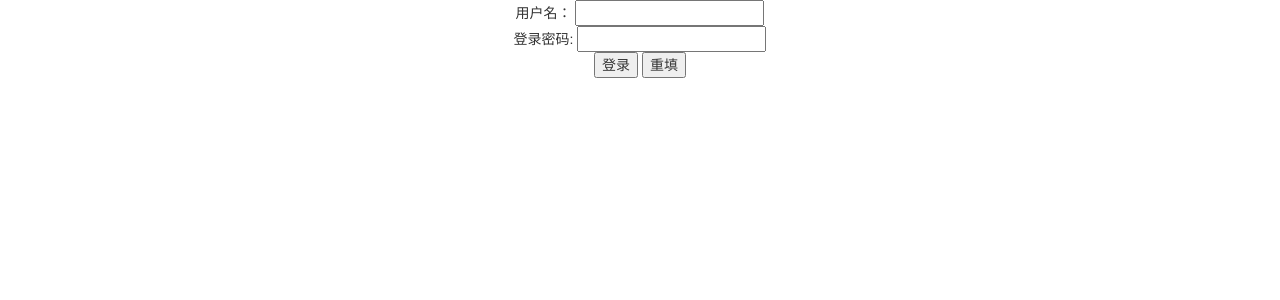
Repository: suxiaohutot/PHP
Page: http://localhost/dengluhtml.php
An editor plug-in stored every save of this project. The page is shown before and after the next save, followed by the edit.
The browser window is 1280 px wide. The pictures show the whole page.
The page is run by PHP 8.4 with error messages shown; the project is at /var/www/html/.

Above is the page before, as saved 2019-10-25 03:39:05.

### test/dengluhtml.php
<html>
<head>
<meta charset="utf-8"/>
<link href="css/bootstrap.min.css" rel="stylesheet" />
	<style type="text/css">
	body{ text-align:center}
	</style>
</head>
<body>
<tr>
	<form action="denglu.php" method="post" class="container">
   	 用户名：
    <input type="text" name="username"><br>
	登录密码:
    <input type="password" name="password" size="20" maxlength="15"><br>
    <input type="submit" value="登录">
    <input type="reset" value="重填">
    </form>
</body>
</html>

Loaded but not shown: test/css/bootstrap.min.css (library)

After the next save:
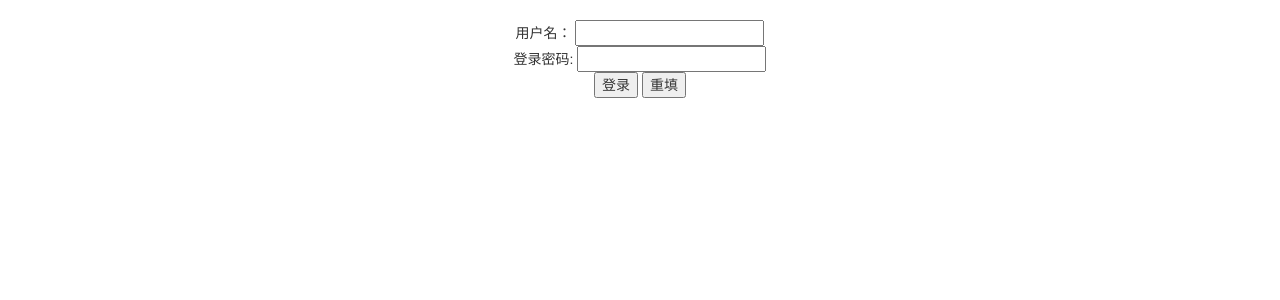
Saved 5 s later.
--- a/test/dengluhtml.php
+++ b/test/dengluhtml.php
@@ -7,7 +7,7 @@
 	</style>
 </head>
 <body>
-<tr>
+<br>
 	<form action="denglu.php" method="post" class="container">
    	 用户名：
     <input type="text" name="username"><br>
